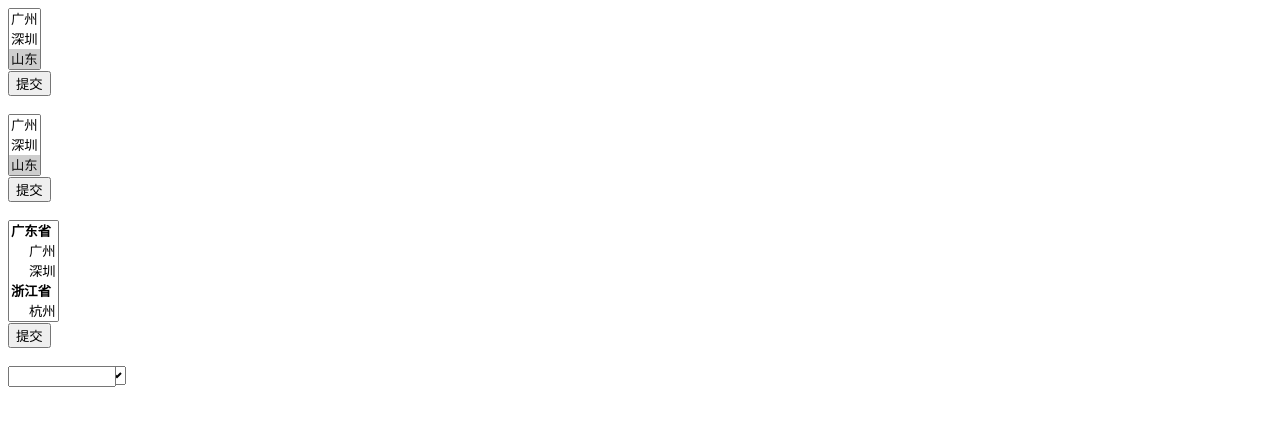
Repository: wangyanqing666/study
Page: 下拉框.html
The author's editor kept a copy of each file at every save. The page is drawn from the files as they stood at one save, then again after the next save.
The browser window is 1280 px wide. The pictures show the whole page.

Above is the page before, as saved 2020-09-28 13:17:22.

After the next save:
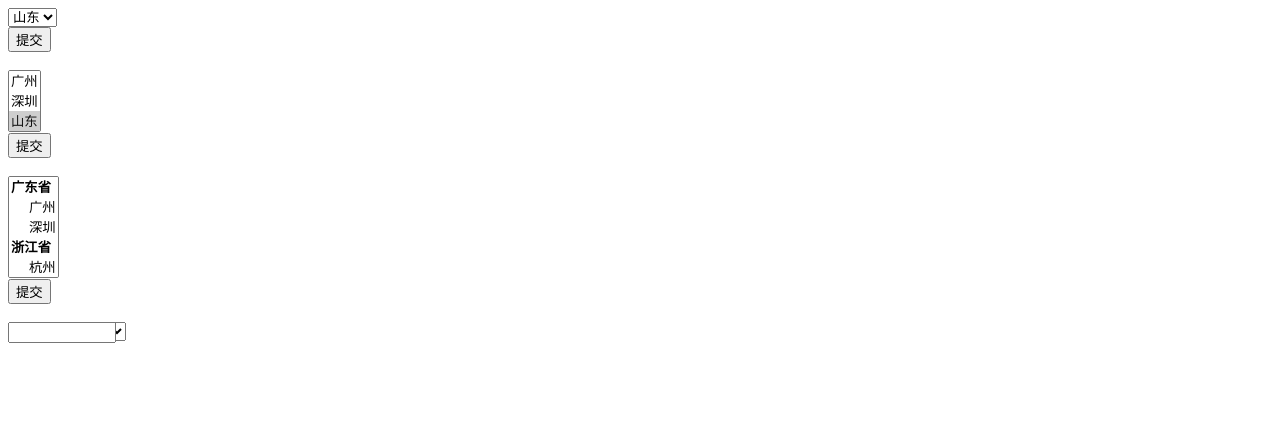
Saved 63 s later.
--- a/下拉框.html
+++ b/下拉框.html
@@ -13,7 +13,7 @@
         <form action="http://www.baidu.com" method="get">
             <div>
                 <!-- 下拉框 -->
-                <select name="sel" size="3">
+                <select name="sel" size="1">
                     <option value="1">广州</option>
                     <option value="2">深圳</option>
                     <option selected value="3">山东</option>
